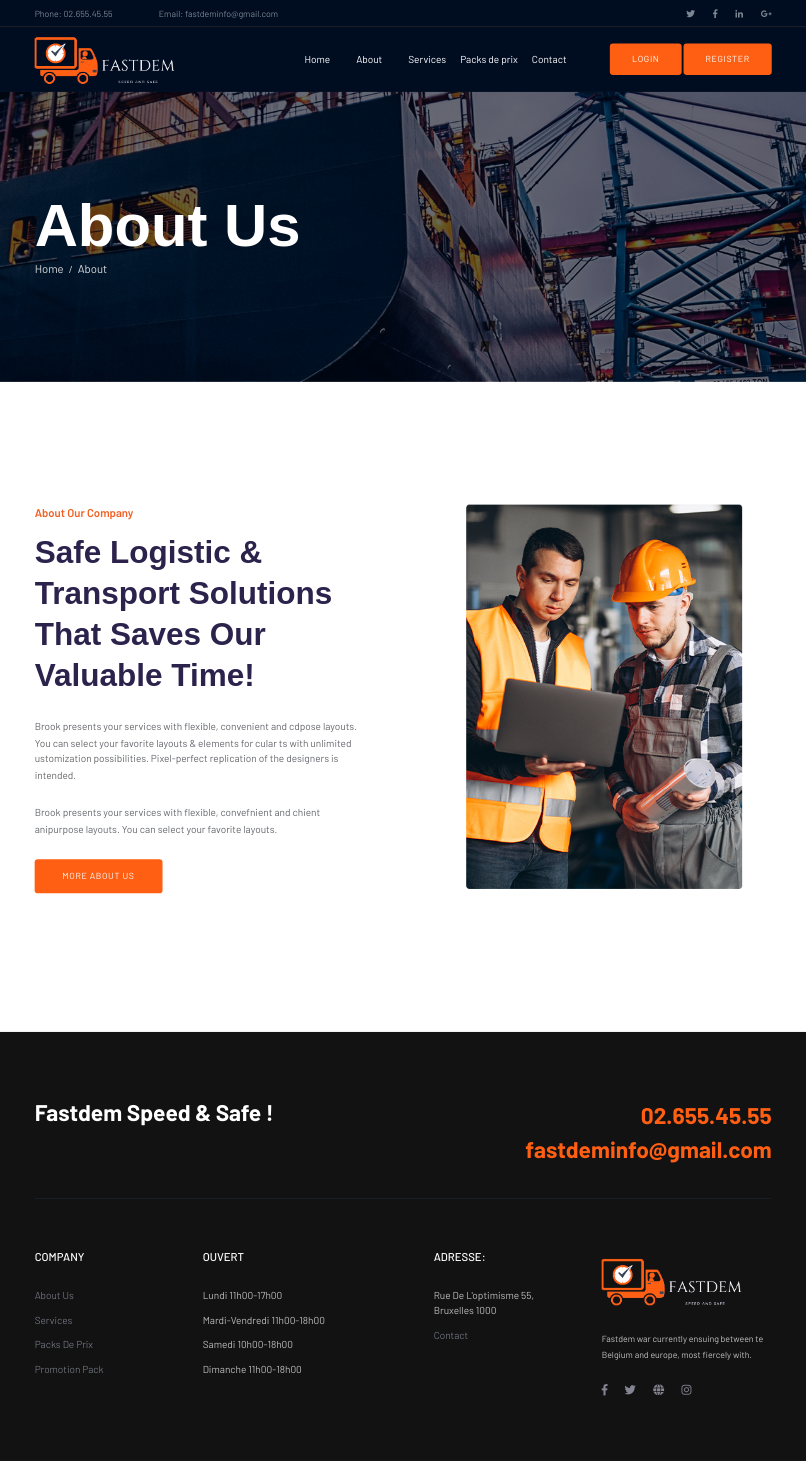
Repository: adamprefo/fastdemTFE
Page: http://localhost/about
An editor plug-in stored every save of this project. The page is shown before and after the next save, followed by the edit.
The browser window is 1280 px wide. The pictures show the whole page, at 63% of full size.
Some web fonts or font styles are not loaded; a fallback is used. The page is served by the project's Laravel application, run on PHP 8.4 with Laravel 8.

Above is the page before, as saved 2021-10-05 14:09:34.

After the next save:
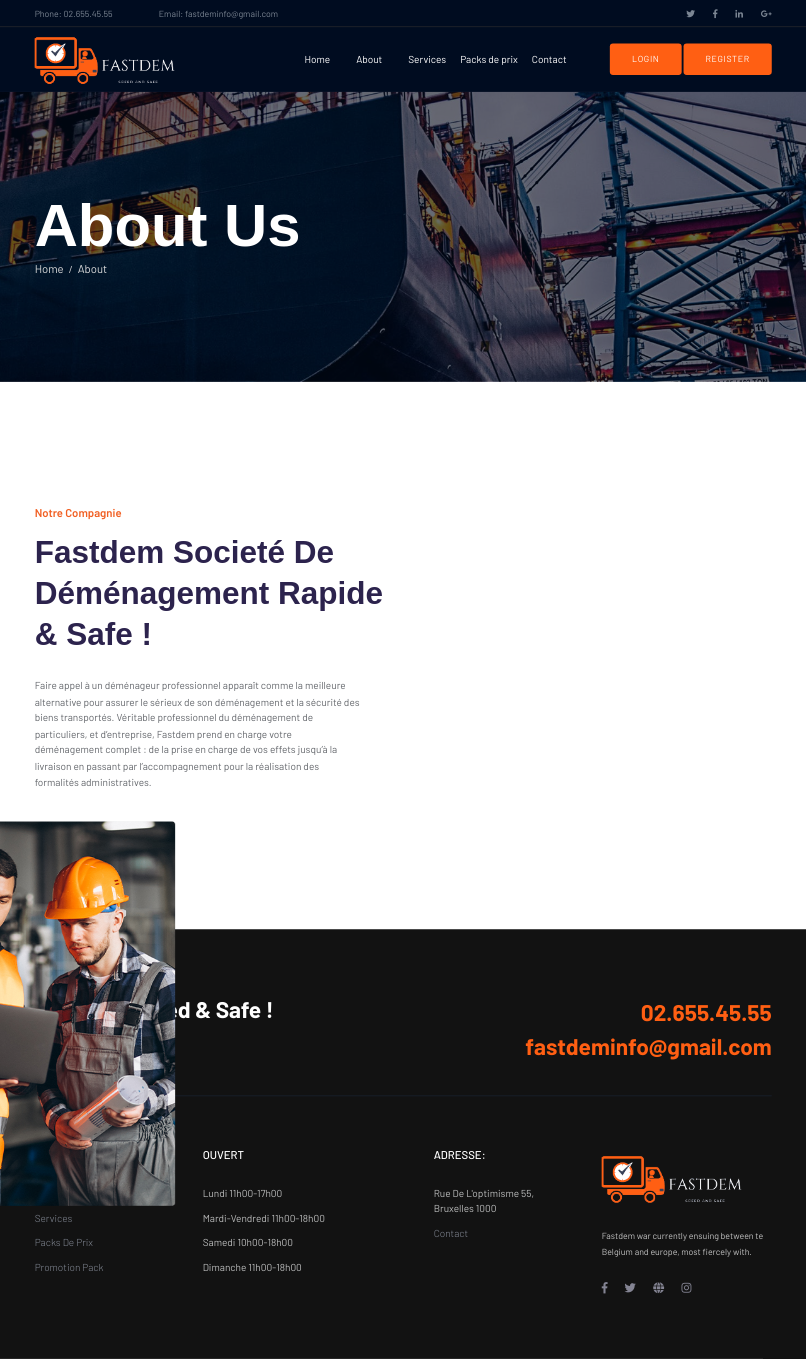
Saved 4 min 1 s later.
--- a/resources/views/about.blade.php
+++ b/resources/views/about.blade.php
@@ -256,13 +256,14 @@
                         <div class="about-caption mb-50">
                             <!-- Section Tittle -->
                             <div class="section-tittle mb-35">
-                                <span>About Our Company</span>
-                                <h2>Safe Logistic & Transport  Solutions That Saves our Valuable Time!</h2>
-                            </div>
-                            <p>Brook presents your services with flexible, convenient and cdpose layouts. You can select your favorite layouts & elements for cular ts with unlimited ustomization possibilities. Pixel-perfect replication of the designers is intended.</p>
-                            <p>Brook presents your services with flexible, convefnient and chient anipurpose layouts. You can select your favorite layouts.</p>
-                            <a href="about.html" class="btn">More About Us</a>
-                        </div>
+                               <span>Notre compagnie</span>
+
+                                <h2>Fastdem societé de déménagement rapide & safe ! </h2>
+                            </div>
+                            <p></p>
+                            <p>Faire appel à un déménageur professionnel apparaît comme la meilleure alternative pour assurer le sérieux de son déménagement et la sécurité des biens transportés.
+                            Véritable professionnel du déménagement de particuliers, et d’entreprise, Fastdem prend en charge votre déménagement complet : de la prise en charge de vos effets jusqu’à la livraison en passant par l’accompagnement pour la réalisation des formalités administratives.
+                            </p>
                     </div>
                     <div class="col-lg-6 col-md-12">
                         <!-- about-img -->
